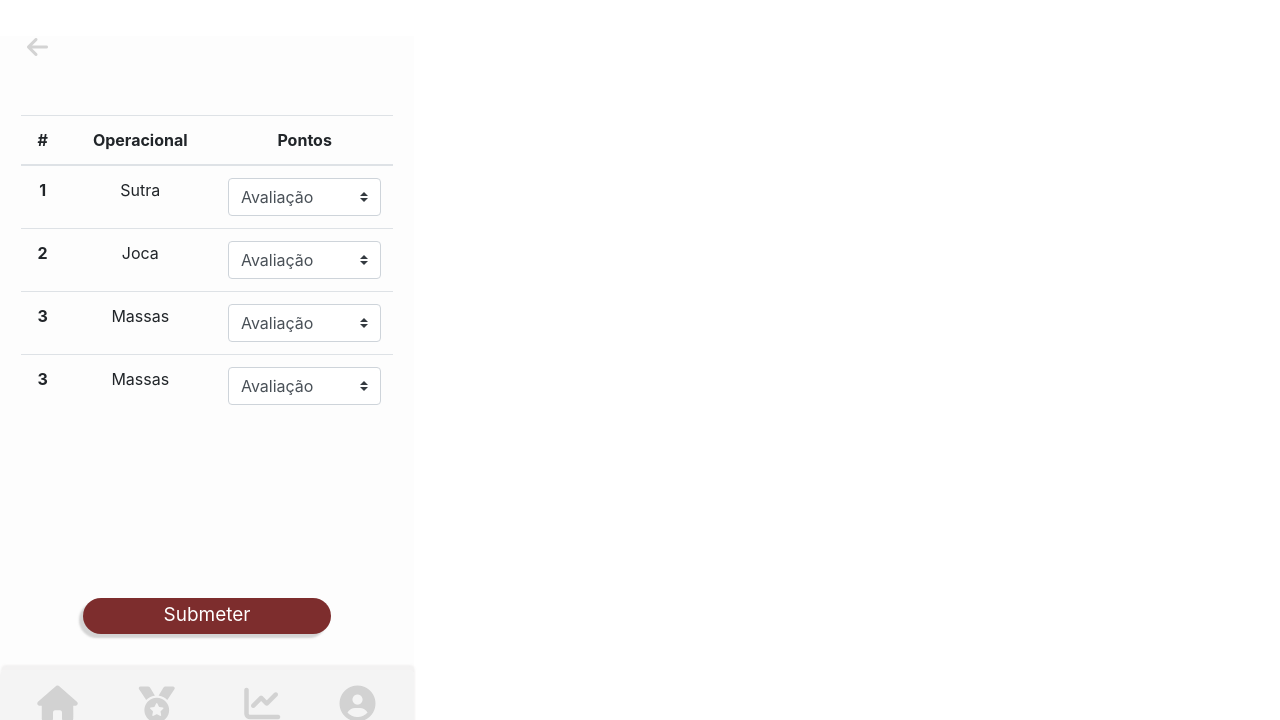
Repository: grupodetrabalhoeficiente/D213
Page: D213/Frontend/AvaliarOperacionais.html
The author's editor kept a record of every edit. The page is drawn from the files as they stood at one moment, then again after the next edit.
The browser window is 1280 px wide. The pictures show the whole page.
Some web libraries are served in a nearby version.

Above is the page before.

After the next edit:
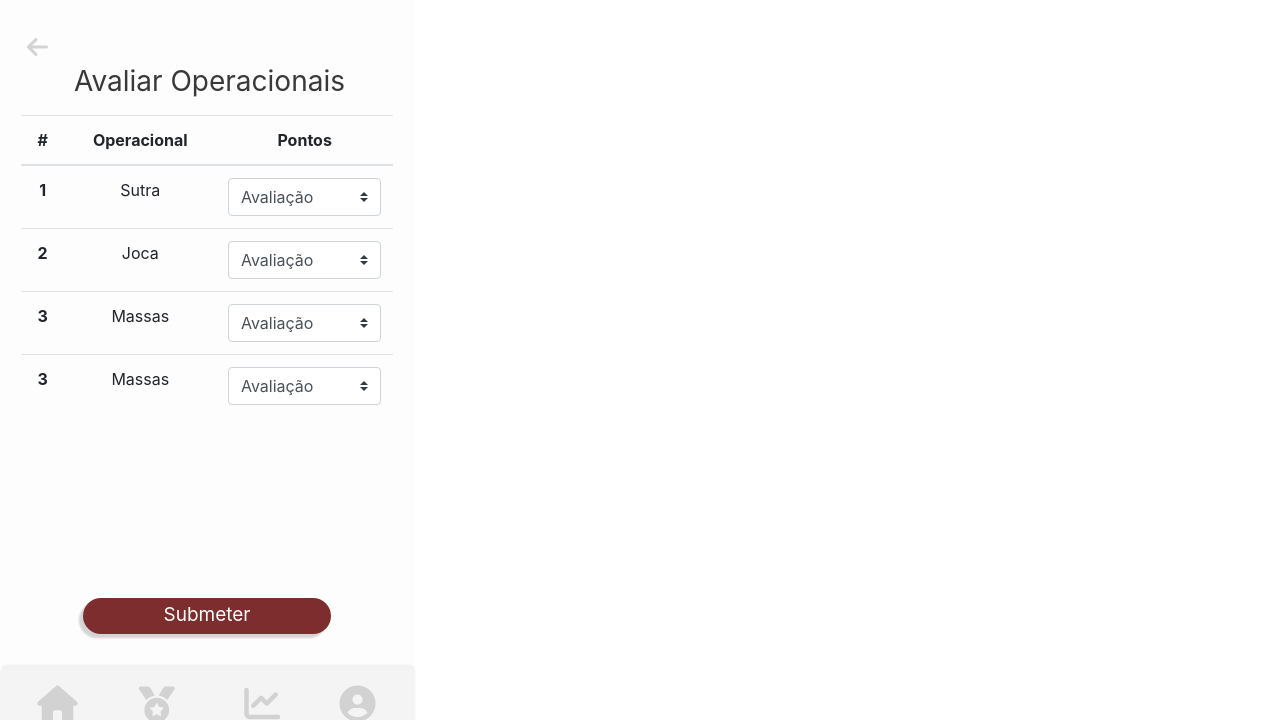
The edit:
--- a/D213/Frontend/AvaliarOperacionais.html
+++ b/D213/Frontend/AvaliarOperacionais.html
@@ -13,7 +13,7 @@
 </head>
 <div class="screen">
     <!--navbar-->
-    <nav class="navbar fixed-top">
+
         <span class="title">Avaliar Operacionais</span>
     </nav>
      <a><i id="goBack"class="fas fa-arrow-left fa-2x"></i></a>
